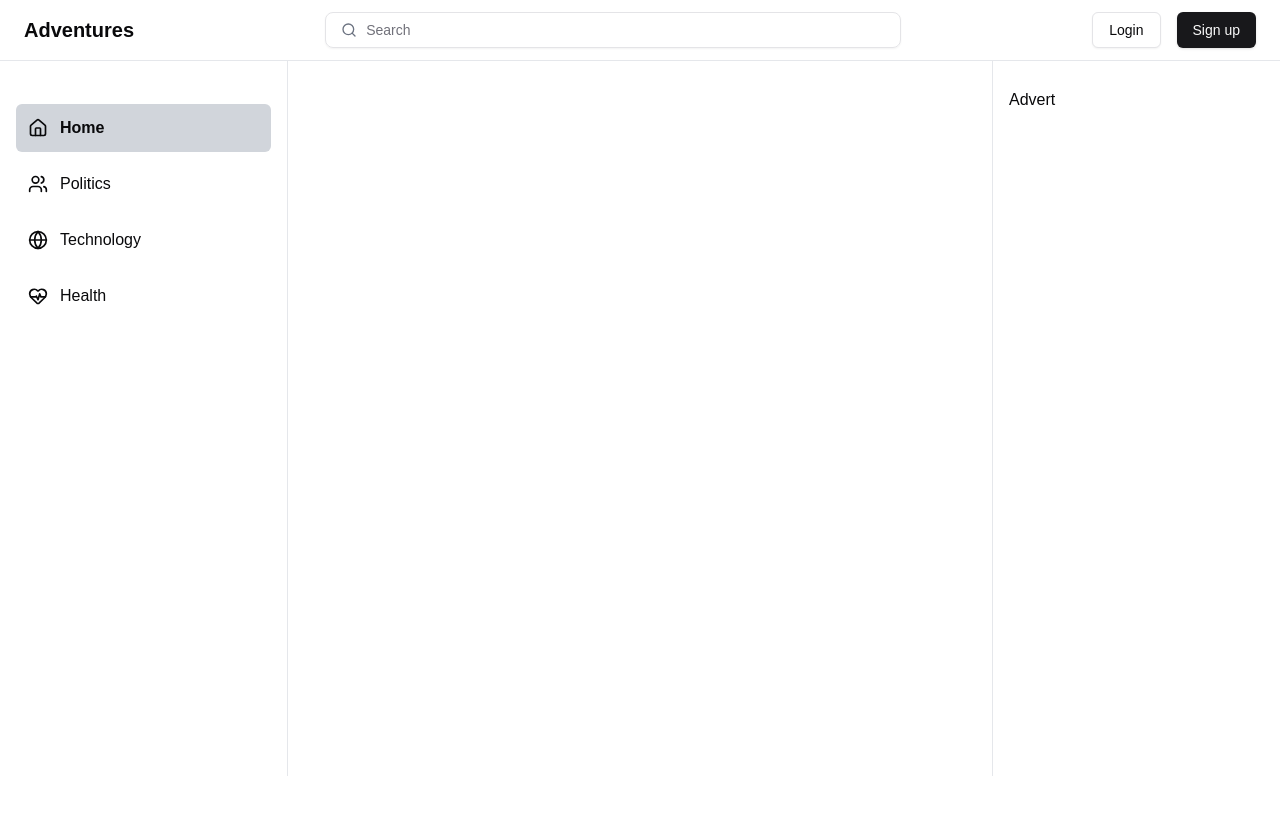
Repository: IssaMuiz/afrixpace-frontend
Page: /
These files come from the project's save history. The page is drawn as it stood at one moment and after the next save; the edit follows.
The browser window is 1280 px wide. The pictures show the whole page.
The page's requests for data from a server got no answer. The project was rebuilt for these pictures with package versions that can differ from the ones it lists, and the page was loaded fresh each time. The framework's server and built-in components were replaced by stand-ins that run in the browser. No one was signed in, and anything a server would have sent is missing. Also part of the build but not shown: next.config.ts, components/ui/card.tsx, components/Vote.tsx, components/PostCard.tsx.

Above is the page before, as saved 2025-02-04 17:36:36.

After the next save:
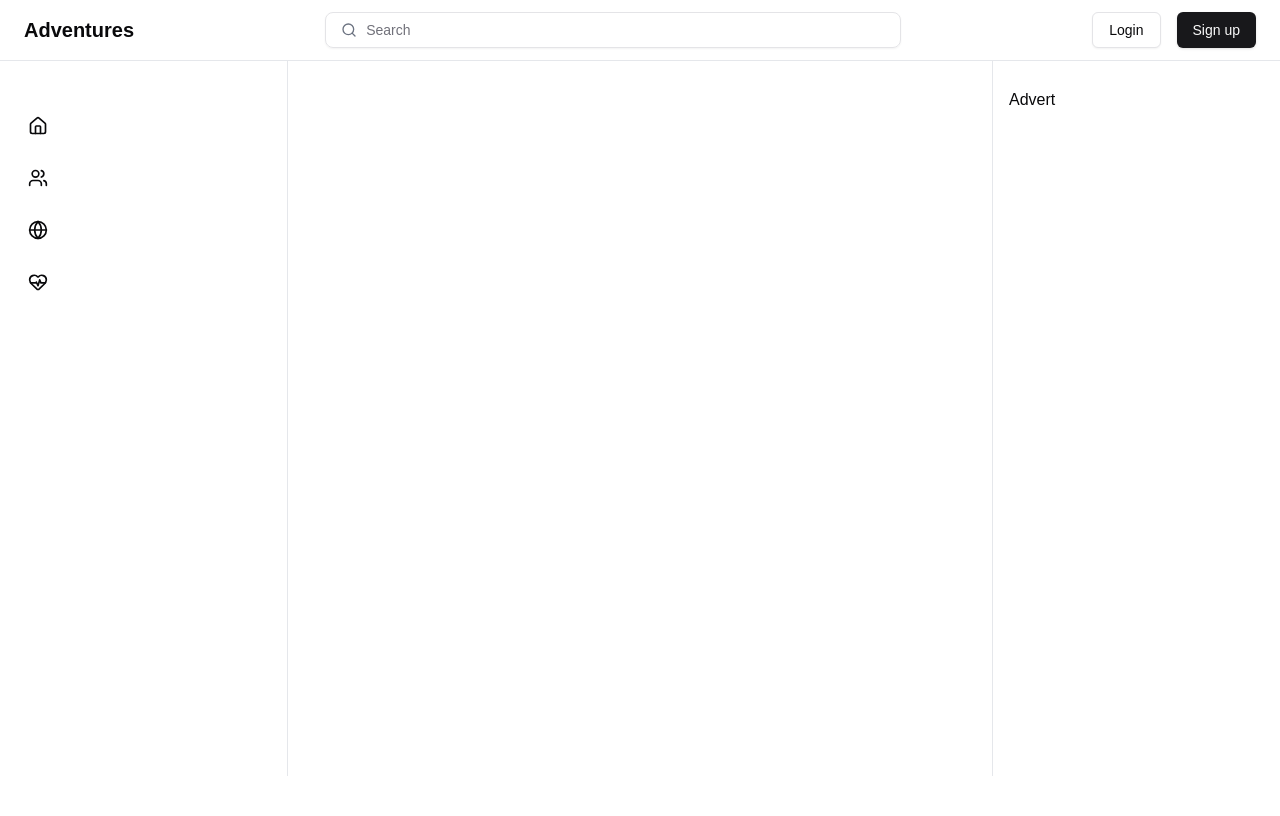
Saved 5 min 15 s later.
--- a/components/Sidebar.tsx
+++ b/components/Sidebar.tsx
@@ -9,21 +9,22 @@ const Sidebar = () => {
   const pathname = usePathname();
   return (
     <aside className="fixed hidden xl:block top-14 left-0 bottom-0 w-72 border-r border-gray-200 h-screen dark:bg-gray-900 px-4 pt-12">
-      <nav className="space-y-2">
-        {categories.map(({ name, icon: Icon, path }) => (
-          <Link
-            key={name}
-            href={path}
-            className={cn(
-              "flex items-center gap-3 p-3 rounded-md hover:bg-gray-200 dark:hover:bg-gray-800 transition",
-              pathname === path && "bg-gray-300 dark:bg-gray-700 font-semibold"
-            )}
-          >
-            <Icon className="w-5 h-5" />
-            <span>{name}</span>
-          </Link>
+      <ul className="space-y-2">
+        {categories.map((cat) => (
+          <li key={cat.name}>
+            <Link
+              href={`/${cat.path}`}
+              className={cn(
+                "flex items-center gap-3 p-3 rounded-md hover:bg-gray-200 dark:hover:bg-gray-800 transition",
+                pathname === `/${cat.path}` &&
+                  "bg-gray-300 dark:bg-gray-700 font-semibold"
+              )}
+            >
+              <cat.icon className="w-5 h-5" />
+            </Link>
+          </li>
         ))}
-      </nav>
+      </ul>
     </aside>
   );
 };
